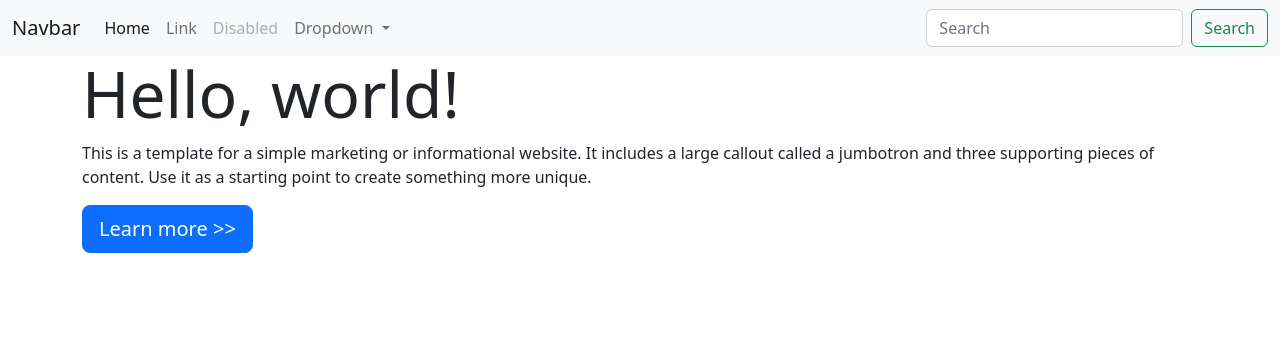
Repository: trongtamdev/lession1_html_sleepcloud
Page: jumbotron.html
An editor plug-in stored every save of this project. The page is shown before and after the next save, followed by the edit.
The browser window is 1280 px wide. The pictures show the whole page.

Above is the page before, as saved 2022-09-10 15:23:17.

After the next save:
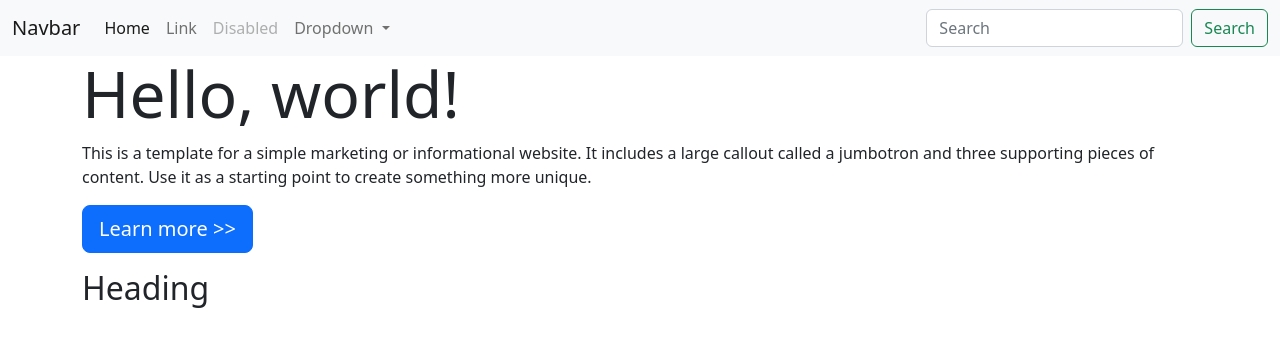
Saved 5 s later.
--- a/jumbotron.html
+++ b/jumbotron.html
@@ -86,7 +86,7 @@
       <div class="container">
         <div class="row">
             <div class="col-md-4">
-                <h2></h2>
+                <h2>Heading</h2>
             </div>
         </div>
       </div>
